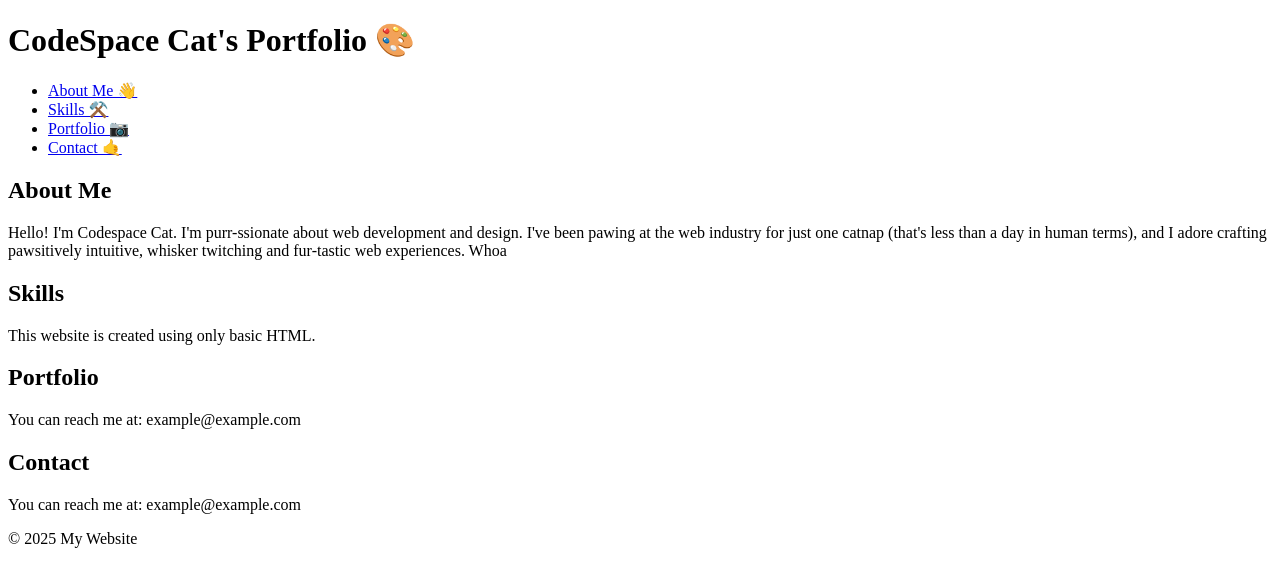
Repository: andajonas/Module_04_ANDJON25111_fto2502_A2_Anda-Jonas_SDF02
Page: index.html
These files come from the project's save history. The page is drawn as it stood at one moment and after a run of saves; the edit follows.
The browser window is 1280 px wide. The pictures show the whole page.

Above is the page before, as saved 2025-03-05 09:09:35.

### index.html
<!DOCTYPE html>
<html>
<head>
    <title>CodeSpace Cat's Portfolio</title>
</head>
<body>
    <header>
        <h1>CodeSpace Cat's Portfolio 🎨</h1>
    </header>
    <nav>
        <ul>
            <li><a href="#about me">About Me 👋</a></li>
            <li><a href="#skills">Skills ⚒️</a></li>
            <li><a href="#portfolio">Portfolio 📷</a></li>
            <li><a href="#contact">Contact 🤙</a></li>
        </ul>
    </nav>
    <section id="about me">
        <h2>About Me</h2>
        <p>Hello! I'm Codespace Cat. I'm purr-ssionate about web development and design. I've been pawing at the web industry for just one catnap (that's less than a day in human terms), and I adore crafting pawsitively intuitive, whisker twitching and fur-tastic web experiences. Whoa </p>
    </section>
    <section id="skills">
        <h2>Skills</h2>
        <p>This website is created using only basic HTML.</p>
    </section>
    <section id="portfolio">
        <h2>Portfolio</h2>
        <p>You can reach me at: example@example.com</p>
    </section>
    <section id="contact">
        <h2>Contact</h2>
        <p>You can reach me at: example@example.com</p>
    <footer>
        <p>&copy; 2025 My Website</p>
    </footer>
</body>
</html>

After the next 2 saves:
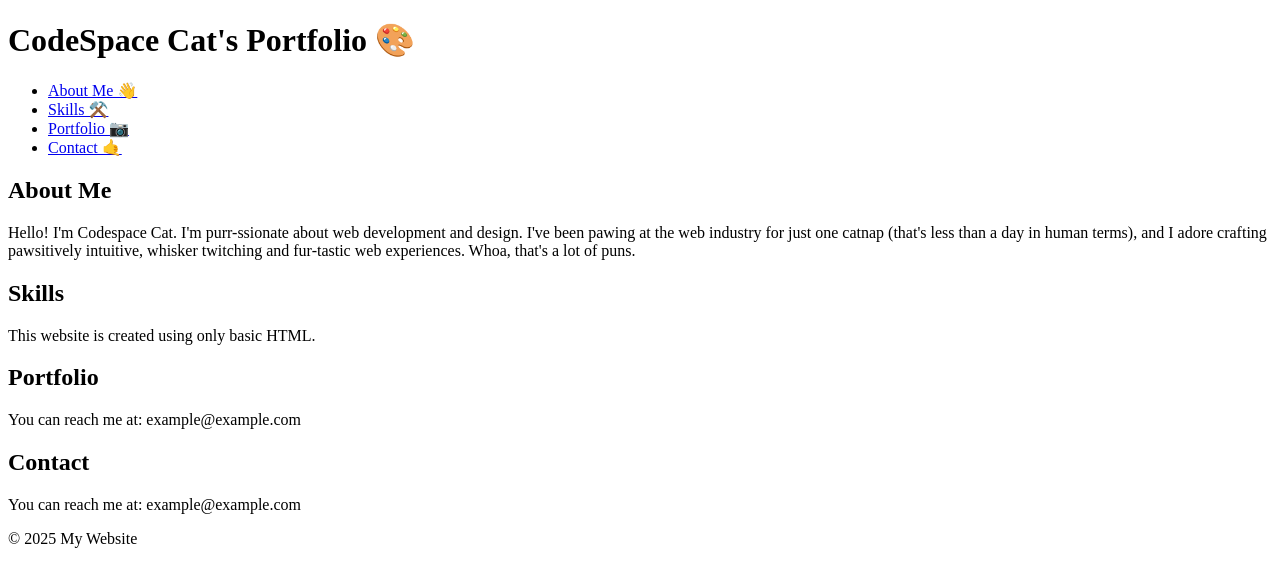
The 2 saves are shown as one change because they came seconds apart.
The last was saved 9 s later.
--- a/index.html
+++ b/index.html
@@ -17,7 +17,7 @@
     </nav>
     <section id="about me">
         <h2>About Me</h2>
-        <p>Hello! I'm Codespace Cat. I'm purr-ssionate about web development and design. I've been pawing at the web industry for just one catnap (that's less than a day in human terms), and I adore crafting pawsitively intuitive, whisker twitching and fur-tastic web experiences. Whoa </p>
+        <p>Hello! I'm Codespace Cat. I'm purr-ssionate about web development and design. I've been pawing at the web industry for just one catnap (that's less than a day in human terms), and I adore crafting pawsitively intuitive, whisker twitching and fur-tastic web experiences. Whoa, that's a lot of puns. </p>
     </section>
     <section id="skills">
         <h2>Skills</h2>
